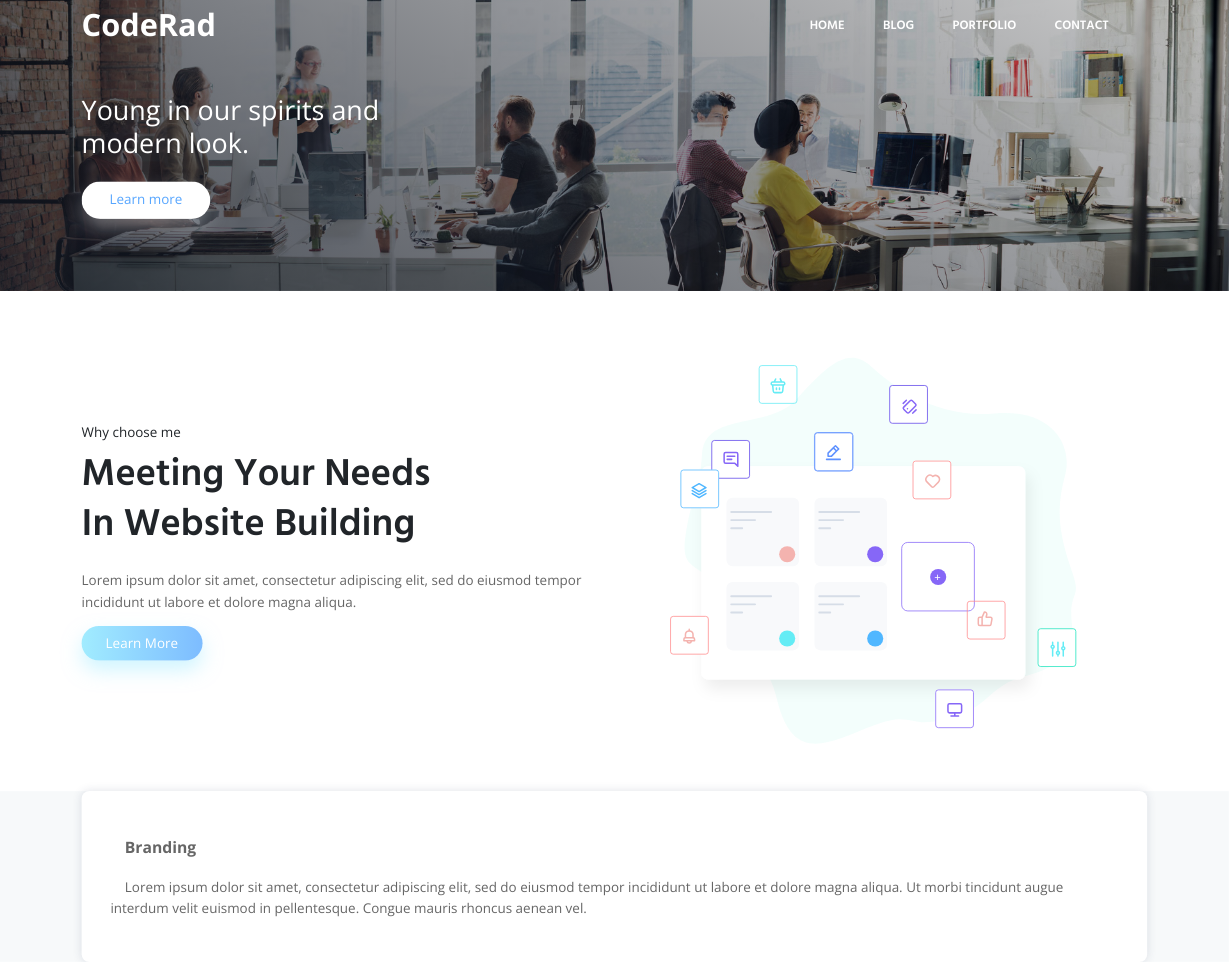
Repository: Sc-Juju/CodeRad
Page: index.html
An editor plug-in stored every save of this project. The page is shown before and after the next save, followed by the edit.
The browser window is 1280 px wide. The pictures show the whole page, at 96% of full size.

Above is the page before, as saved 2022-11-10 10:53:28.

### index.html
<!DOCTYPE html>
<html>
	<head>
		<meta charset="utf-8" />
		<meta http-equiv="X-UA-Compatible" content="IE=edge" />
		<title>CodeRad</title>
		<meta name="description" content="" />
		<meta name="viewport" content="width=device-width, initial-scale=1" />

		<link
			href="https://fonts.googleapis.com/css2?family=Open+Sans:wght@300;400;600;700&display=swap"
			rel="stylesheet"
		/>
		<link
			href="https://fonts.googleapis.com/css2?family=Hind:wght@300;400;500;600;700&display=swap"
			rel="stylesheet"
		/>

		<link rel="stylesheet" href="./css/default.css" />
		<link rel="stylesheet" href="./css/styles.css" />
		<link rel="stylesheet" href="./css/responsive.css" />
	</head>
	<body>
		<nav class="navbar nav">
			<div class="container">
				<button
					class="navbar-toggler"
					aria-expanded="false"
					aria-controls="navbarDropdown"
				>
					<span>&#9776;</span>
				</button>
				<a class="navbar-brand" href="index.html">CodeRad</a>
				<ul class="navbar-nav">
					<li class="nav-link">
						<a href="#">Home</a>
					</li>

					<li class="nav-link">
						<a href="#">Blog</a>
					</li>
					<li class="nav-link">
						<a href="#">Portfolio</a>
					</li>
					<li class="nav-link">
						<a href="#">Contact</a>
					</li>
				</ul>
			</div>
		</nav>

		<header class="bg-header">
			<div class="container">
				<div class="hero-wrapper">
					<h2 class="hero-header">
						Young in our spirits and <br />
						modern look.
					</h2>
					<a class="btn btn-white" href="#">Learn more</a>
				</div>
			</div>
		</header>
		<!--Why me-->
		<section>
			<div class="container why-me-wrapper">
				<div class="block-text">
					<span>Why choose me</span>
					<h2>
						Meeting Your Needs <br />
						In Website Building
					</h2>
					<p>
						Lorem ipsum dolor sit amet, consectetur adipiscing elit,
						sed do eiusmod tempor incididunt ut labore et dolore
						magna aliqua.
					</p>
					<a href="" class="btn btn-primary">Learn More</a>
				</div>
				<div>
					<img src="./CodeRad-assets/image2.svg" alt="Icon Chart" />
				</div>
			</div>
		</section>
		<!--Services-->
		<section class="bg-contrast">
			<div class="container">
				<div class="service-card">
					<span></span>
					<div>
						<h3>Branding</h3>
						<p>
							Lorem ipsum dolor sit amet, consectetur adipiscing
							elit, sed do eiusmod tempor incididunt ut labore et
							dolore magna aliqua. Ut morbi tincidunt augue
							interdum velit euismod in pellentesque. Congue
							mauris rhoncus aenean vel.
						</p>
					</div>
				</div>
			</div>
		</section>
	</body>
</html>

### css/default.css
:root{
    --white:#fff;
    --black: #000;
    --font-color-base:#666;
    --font-color-dark:#212529;
    --font-color-light:#b0aebe;
    --font-color-link:#57a6ff;
    --footer:#34314b;
    --footer-base:2e2b45;
    --contrast:rgba(246, 248, 249, 0.8);
    --success: #64ecf5;
    --danger:#ff8b8d;
    --grad-1:#a1ecff;
    --grad-2:#7dbcff;


    --size-10:0.625rem;
    --size-14:0.875rem;
    --size-16:1rem;
    --size-18:1.125rem;
    --size-20:1.25rem;
    --size-30:1.875rem;
    --size-40:2.5rem;
    --size-50:3.125rem;
    --size-100:6.25rem;
    --size-150:9.375rem;
}
body{
    font-family:"Open Sans", sans-serif;
    font-weight: 400;
    font-size:0.875rem;
    line-height: 1.6;
    letter-spacing: 0;
    color: var(--font-color-base);
    margin:0;
    padding:0;
}
*,
::after,
::before{
    box-sizing: border-box;
}
ul{
    padding:0;
    margin:0;
    list-style: none;
}
a {text-decoration: none;}
p {margin-top:0;}
h2{
    font-size:1.75rem;
    font-weight:500;
    line-height:1.2;
}
img {
    width:100%;
    max-width:100%;
    vertical-align:middle;
    border-style: none;
}
.container{
    width: 100%;
    padding-left:15px;
    padding-right:15px;
    margin-right:auto;
    margin-left:auto;
}

.btn{
    display: inline-block;
    font-weight: 400;
    color: var(--font-color-dark);
    text-align: center;
    cursor: pointer;
    user-select: none;
    background-color: transparent;
    border: 1px solid transparent;
    padding: .375rem .75rem;
    border-radius:1.25rem;
    transition: ease-in-out .3s;
}
.btn-primary{
    background-image: linear-gradient(90deg, var(--grad-1)0%, var(--grad-2)100%);
    border: 1px var(--grad-1);
    box-shadow: 0 10px 20px rgba(161, 236, 255, .5);
    transition: ease-in-out .3s;
    color: var(--white);
    padding: .4375rem 1.5625rem;
}

.btn-white{
    background-color: var(--white);
    color: var(--font-color-link);
    box-shadow: 0px 10px 20px rgba(255, 255, 255, .35);
    padding: .475rem 1.75rem;
}

@media (min-width:1200px){
    .container{ max-width: 1140px; }
}

### css/styles.css
.navbar{
    position: fixed;
    top: 0;
    right: 0;
    left: 0;
    z-index: 200;
    transition: ease-in-out .3s;
}
[aria-controls="navbarDropdown"]{
    display:none;
}
.navbar-nav{
    display: flex;
    align-items: center;
}
.navbar .container{
    display: flex;
    align-items: center;
}
.navbar-brand{
    margin-right:auto;
    font-size: 2rem;
    font-weight: 700;
    width: 100%;
    transition: ease-in-out .3s;
    color: var(--white);

}
.bg-header{
    background-image: url(../CodeRad-assets/bg-header-1.jpg);
    background-color: var(--footer);
    background-repeat: no-repeat;
    background-size: cover;
    background-position:50% 20%;
    position: relative;
    z-index: 1;
    padding: 4.6875rem 0;
}
.bg-header::before{
    background-image: linear-gradient(30deg,
    rgba(21,27,38, .8)0%,
    rgba(0,0,0,.2)100%);
    position: absolute;
    content:"";
    top: 0;
    left: 0;
    right: 0;
    bottom: 0;
    width: 100%;
    height: 100%;
    z-index: -1;
}
.nav-link a{
    color: var(--white);
    font-size: .8125rem;
    font-weight: 600;
    font-family: "Hind", sans-serif;
    text-transform: uppercase;
    margin-right: 2.5rem;
    line-height: 1.25rem;
}
.hero-header{
    color: var(--white);
}
.why-me-wrapper{
    display: flex;
    align-items: center;
}
.why-me-wrapper div{
    flex: 1;
}
.block-text{
    padding-right: var(--size-50);
}
.block-text span{
    color: var(--font-color-dark);
    font-weight: 300;
}
.block-text h2{
    font-size: var(--size-40);
    font-family: "Hind", sans-serif;
    font-weight: 600;
    color: var(--font-color-dark);
    margin-bottom: var(--size-20);
    line-height: 1.3;
    margin-top: 0.5rem;
}
.bg-contrast{
    background-color: var(--contrast);
}
.service-card{
    padding: var(--size-30);
    box-shadow: 0 0 10px rgba(48, 63, 100, .15);
    background: white;
    border-radius: 8px;
}
.service-card span{
    width:4.37;
    height: 70px;
    background: green;
    display: block;
    float: left;
    margin-right: 15px;
    border-radius: 50%;
    background: var(--font-color-light);
}

Loaded but not shown: css/responsive.css (no copy from this time; the picture is the same without it)

After the next save:
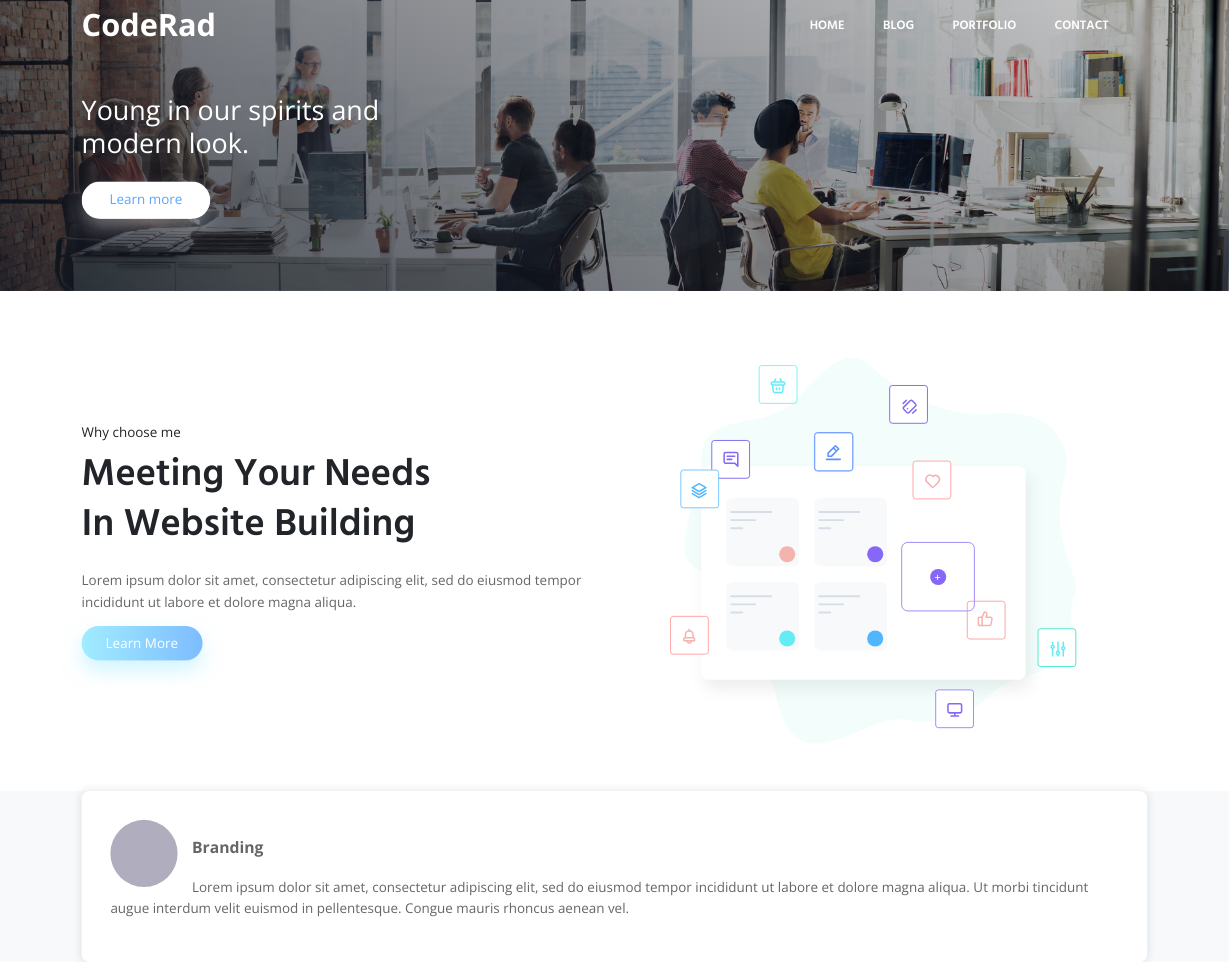
Saved 31 s later.
--- a/css/styles.css
+++ b/css/styles.css
@@ -95,8 +95,8 @@
     border-radius: 8px;
 }
 .service-card span{
-    width:4.37;
-    height: 70px;
+    width:4.375rem;
+    height: 4.375rem;
     background: green;
     display: block;
     float: left;
